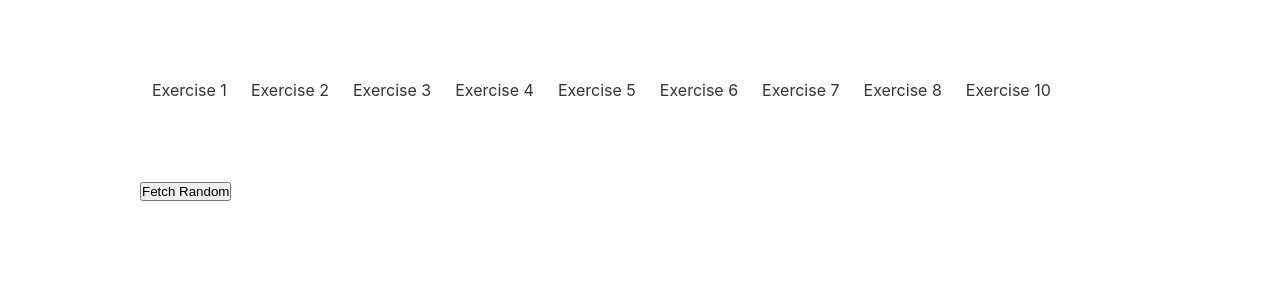
Repository: LukeBinh/reactjsexercises
Page: /ex10
An editor plug-in stored every save of this project. The page is shown before and after a run of saves, followed by the edit.
The browser window is 1280 px wide. The pictures show the whole page.
The page's requests for data from a server got no answer. The project was rebuilt for these pictures with package versions that can differ from the ones it lists, and the page was loaded fresh each time. No one was signed in, and anything a server would have sent is missing. Also part of the build but not shown: src/components/Ex1/Ex1.tsx, src/components/Ex2/Ex2.tsx, src/components/Ex3/ex3.css, src/components/Ex3/Ex3.tsx, src/components/Ex4/ex4.css, src/components/Ex4/Ex4.jsx, src/components/Ex5/Ex5.tsx, src/components/Ex6/Ex6.tsx and 5 more.

Above is the page before, as saved 2022-04-27 15:51:48.

After the next 4 saves:
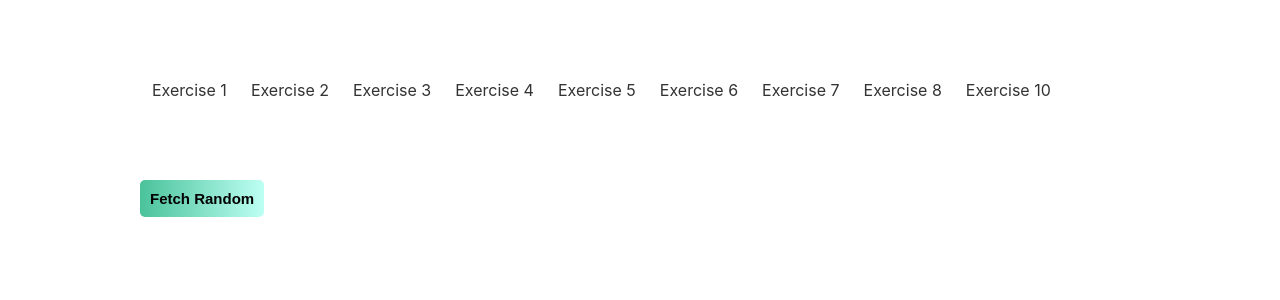
The 4 saves are shown as one change because they came seconds apart.
The last was saved 10 s later.
--- a/src/components/Ex10/Ex10.tsx
+++ b/src/components/Ex10/Ex10.tsx
@@ -33,7 +33,7 @@ function Ex10() {
   };
   return (
     <div className="container">
-      <button onClick={handleClick}>Fetch Random</button>
+      <button onClick={handleClick} className="button">Fetch Random</button>
       <div className="grid">
         {listUser.map((user) => (
           <div key={user.id} className="flexcol">
